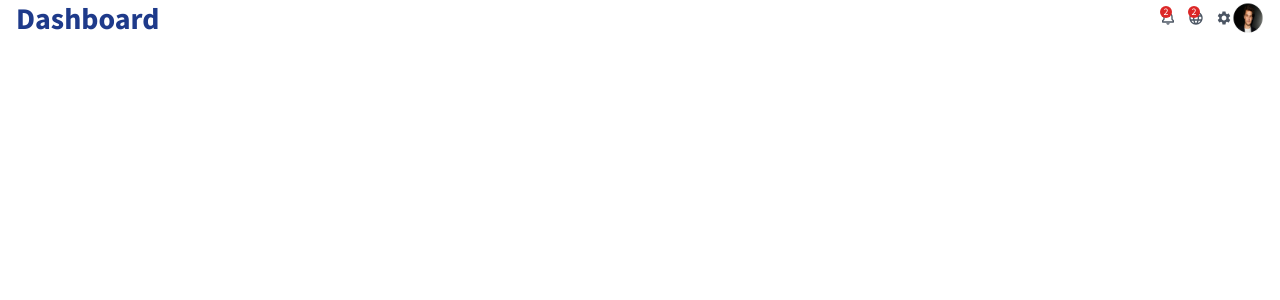
Repository: nation430/React-AdminDashboard
Page: /
An editor plug-in stored every save of this project. The page is shown before and after the next save, followed by the edit.
The browser window is 1280 px wide. The pictures show the whole page.
The project was rebuilt for these pictures with package versions that can differ from the ones it lists, and the page was loaded fresh each time.

Above is the page before, as saved 2022-08-12 10:36:21.

### public/index.html
<!DOCTYPE html>
<html lang="en">
  <head>
    <meta charset="utf-8" />
    <meta name="viewport" content="width=device-width, initial-scale=1" />
    <meta name="theme-color" content="#000000" />
    <meta
      name="description"
      content="Web site created using create-react-app"
    />
    <link rel="preconnect" href="https://fonts.googleapis.com" />
    <link rel="preconnect" href="https://fonts.gstatic.com" crossorigin />
    <link
      href="https://fonts.googleapis.com/css2?family=Source+Sans+Pro:wght@200;300;400;600;700&display=swap"
      rel="stylesheet"
    />

    <title>React Admin Dashboard</title>
  </head>
  <body>
    <noscript>You need to enable JavaScript to run this app.</noscript>
    <div id="root"></div>
  </body>
</html>

### src/index.css
@tailwind base;
@tailwind components;
@tailwind utilities;

*{
  margin: 0;
  font-family: 'Source Sans Pro', sans-serif;
}

### src/App.js
import Topbar from "./components/topbar/Topbar";

function App() {
  return (
    <div>
      <Topbar />
    </div>
  );
}

export default App;

### src/components/topbar/Topbar.jsx
import React from "react";
import  "./topbar.css";
import { BiBell } from 'react-icons/bi';
import { MdLanguage, MdSettings  } from "react-icons/md";


export default function Topbar () {
    return(
        <div className="topbar w-full ">
            <div className="topbarWeapper flex items-center justify-between h-full px-4 py-0">
            <div className="topLeft">
                <span className="logo font-bold text-3xl text-blue-900 cursor-pointer ...">Dashboard</span>
            </div>
            <div className="topRight flex items-center">

                {/* First icon  */}
                <div className="topbarIconsContainer relative cursor-pointer ... ml-3 text-gray-600">
                <BiBell />
                <span className="topIconBadge absolute text-white bg-red-600 right-1 -top-1 flex items-center justify-center rounded-full text-xs h-3 w-3">2</span>
                </div>

                   {/*second icon  */}
                <div className="topbarIconsContainer relative cursor-pointer ... ml-3 text-gray-600">
                <MdLanguage />
                <span className="topIconBadge absolute text-white bg-red-600 right-1 -top-1 flex items-center justify-center rounded-full text-xs h-3 w-3">2</span>
                </div>


                    {/*third icon  */}
                <div className="topbarIconsContainer relative cursor-pointer ... ml-3 text-gray-600">
                < MdSettings  />
                </div>
                <img src="images/img.png" alt="BigCo Inc. logo"  className="topAvater w-8 h-8 rounded-full cursor-pointer ..."/>

            </div>
            </div>
        </div>
    )

}

### src/components/topbar/topbar.css
.text-xs{
    font-size: 10px;
  }

Loaded but not shown: src/index.js (common file); tailwind.config.js (common file)

After the next save:
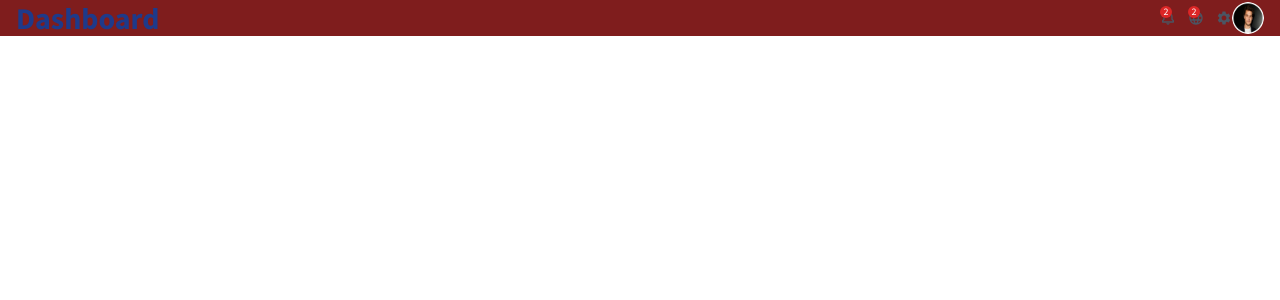
Saved 2 min 59 s later.
--- a/src/components/topbar/Topbar.jsx
+++ b/src/components/topbar/Topbar.jsx
@@ -6,7 +6,7 @@ import { MdLanguage, MdSettings  } from "react-icons/md";
 
 export default function Topbar () {
     return(
-        <div className="topbar w-full ">
+        <div className="topbar w-full bg-red-900">
             <div className="topbarWeapper flex items-center justify-between h-full px-4 py-0">
             <div className="topLeft">
                 <span className="logo font-bold text-3xl text-blue-900 cursor-pointer ...">Dashboard</span>
